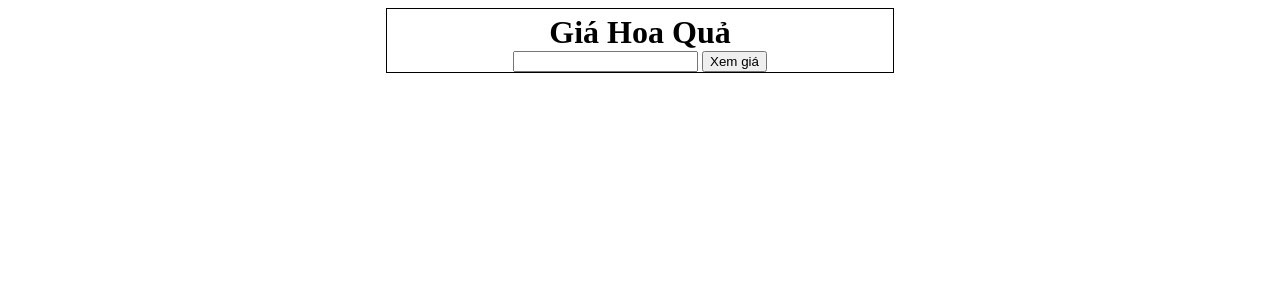
Repository: tungts3qb/BTCodeGym
Page: giahoaqua.html
These files come from the project's save history. The page is drawn as it stood at one moment and after the next save; the edit follows.
The browser window is 1280 px wide. The pictures show the whole page.

Above is the page before, as saved 2023-01-04 11:02:07.

After the next save:
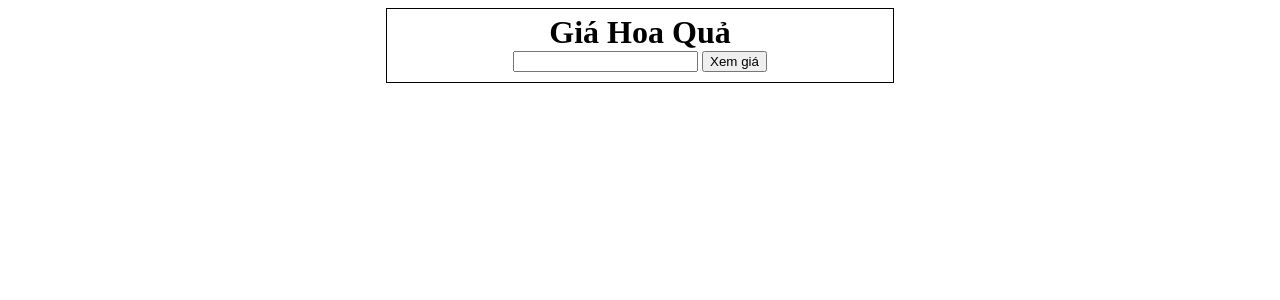
Saved 16 s later.
--- a/giahoaqua.html
+++ b/giahoaqua.html
@@ -22,6 +22,9 @@
         margin: 0;
         margin-top: 5px;
       }
+      .input-box {
+        margin-bottom: 10px;
+      }
     </style>
     <div class="check-fruit-form">
       <h1>Giá Hoa Quả</h1>
